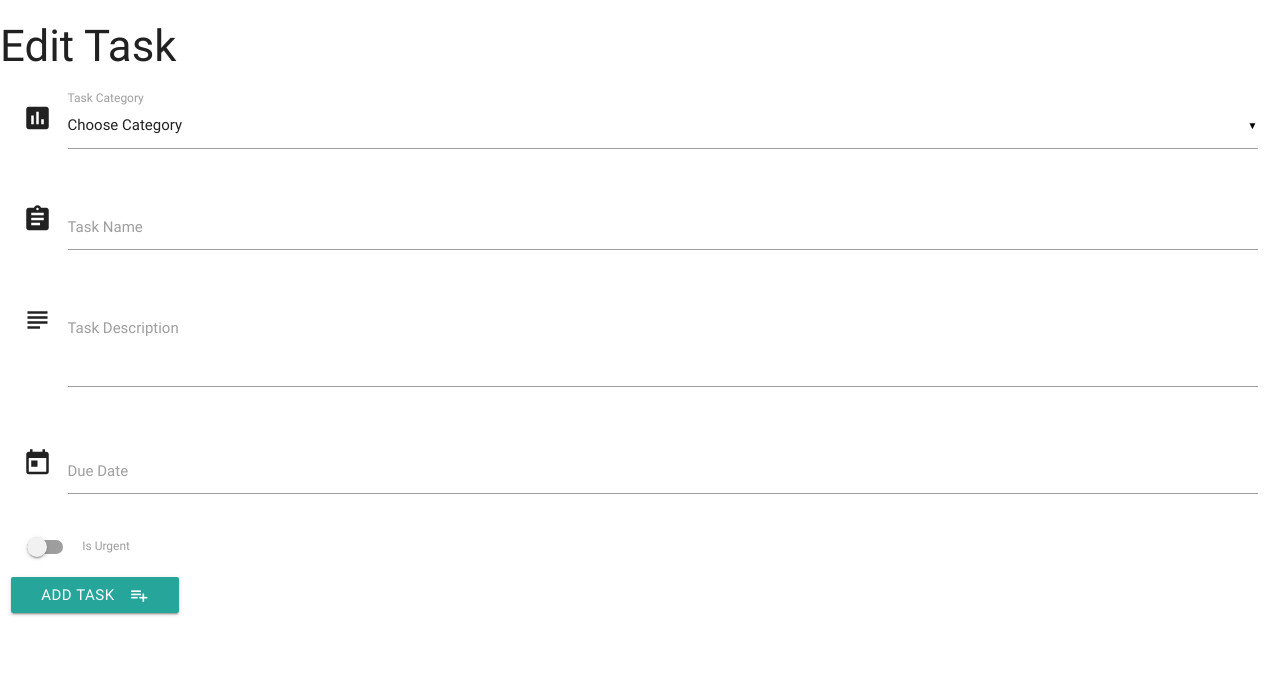
Repository: Neilfoster/task_manger
Page: templates/edittask.html
The author's editor kept a record of every edit. The page is drawn from the files as they stood at one moment, then again after the next edit.
The browser window is 1280 px wide. The pictures show the whole page.
The page is served by the project's application, run on Flask 3 (app.py). The template is opened directly, without the code that normally fills it, so the values that code supplies are empty.

Above is the page before.
Console error: TypeError: Cannot read properties of null (reading 'addEventListener')

After the next edit:
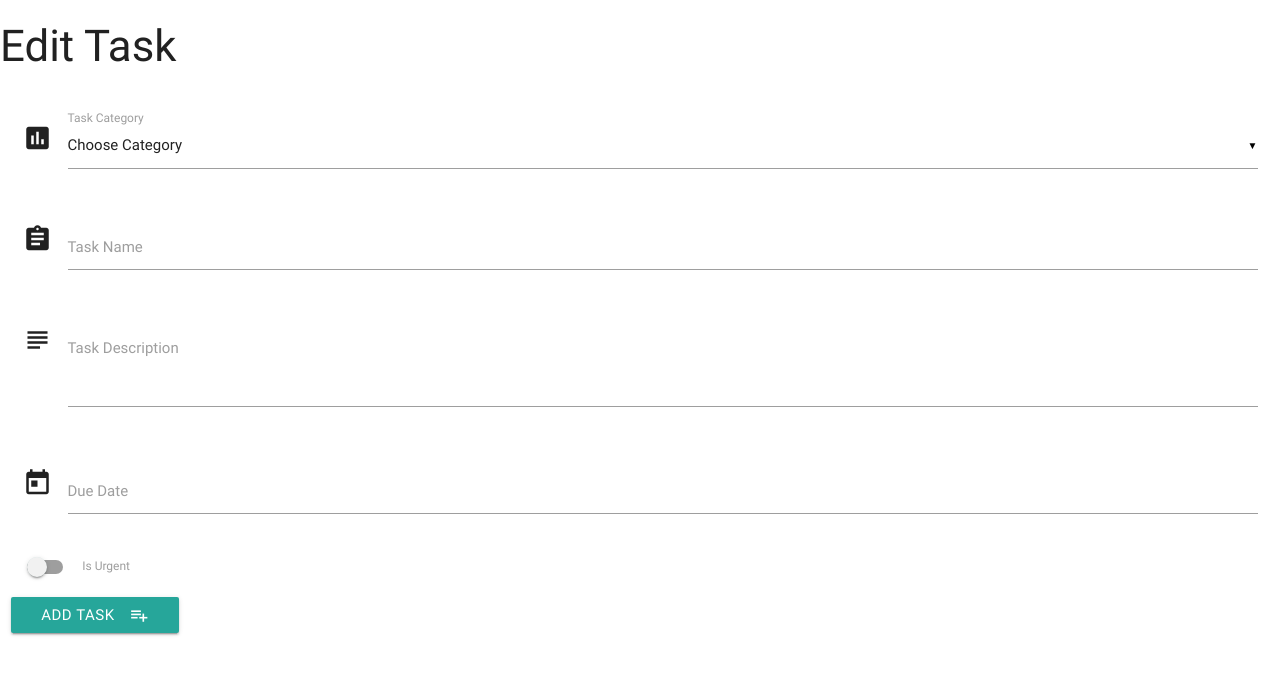
The edit:
--- a/templates/edittask.html
+++ b/templates/edittask.html
@@ -1,5 +1,5 @@
 {% extends 'base.html'%} {% block content %}
-<div>
+<div class="row">
 <h3>Edit Task</h3>
 </div>
 <div class="row">
